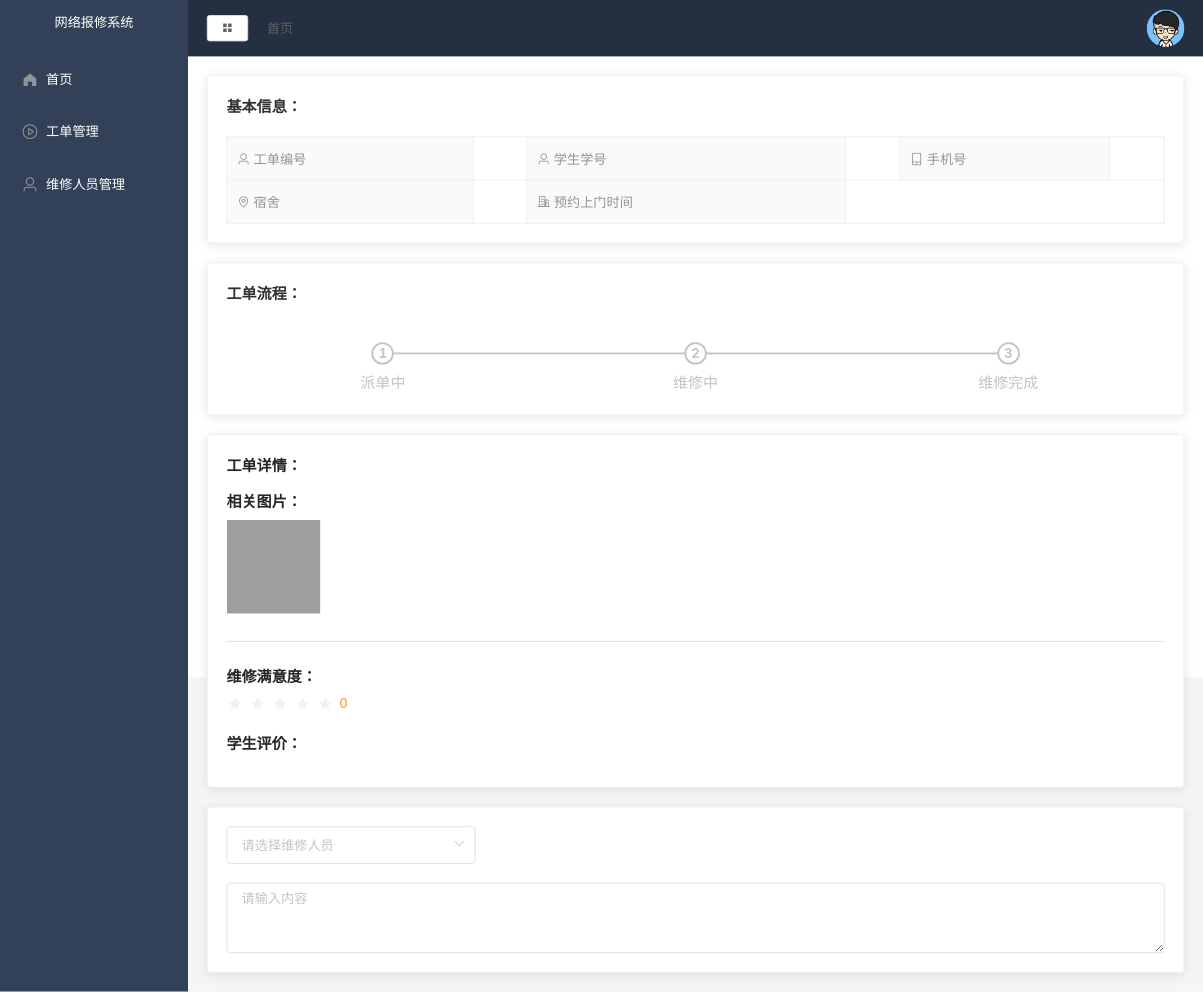
Repository: LtheW/vue
Page: /completed
These files come from the project's save history. The page is drawn as it stood at one moment and after the next save; the edit follows.
The browser window is 1280 px wide. The pictures show the whole page, at 94% of full size.
Pictures or frames that could not be fetched are drawn as grey boxes. The page's requests for data from a server got no answer. The project was rebuilt for these pictures with package versions that can differ from the ones it lists, and the page was loaded fresh each time. No one was signed in, and anything a server would have sent is missing. Also part of the build but not shown: vue.config.js, src/components/CommonTag.vue, src/views/Results/Submit.vue, src/views/Maintainer/Add.vue, src/assets/js/login.js, src/views/Login.vue, src/views/Results/Repaired.vue.

Above is the page before, as saved 2022-03-31 19:24:44.

### src/main.js
import Vue from 'vue'
import App from './App.vue'
import router from './router'
import store from './store'
//引入element ui
import ElementUI from 'element-ui';
import 'element-ui/lib/theme-chalk/index.css';
import '@/assets/scss/reset.scss' //全局样式
import Axios from 'axios';//后台交互
import Antd from 'ant-design-vue';
import 'ant-design-vue/dist/antd.css';
import 'font-awesome/scss/font-awesome.scss'
Vue.prototype.$http=Axios
//defaults 设置全局默认路径
Axios.defaults.baseURL="/"

Vue.use(ElementUI,Antd);
Vue.config.productionTip = false

new Vue({
  router,
  store,
  render: h => h(App)
}).$mount('#app')

### src/router/index.js
import Vue from 'vue'
import VueRouter from 'vue-router'
import Main from '../views/Main.vue'
import Submit from '../views/Results/Submit.vue'
import Maintainer_Add from '../views/Maintainer/Add.vue'
import Login from '../views/Login.vue'
import Repaired from '../views/Results/Repaired.vue'
import Completed from '../views/Results/Completed.vue'
Vue.use(VueRouter)

const routes = [
  {

    path: '/',
    name: 'Login',
    component: Login
  },
  {
    path: '/main',
    name: 'Main',
    component: Main,
    children: [{
        path: '/',
        name: 'repair',
        component: () => import('../views/Results/Repaired.vue'),
      },
      {
        path: '/form',
        name: 'form',
        component: () => import('@/views/Form/Form')
      },
      {
        path: '/maintainer',
        name: 'Maintainer',
        component: () => import('@/views/Maintainer/Maintainer')
      },
      {
        path: '/submit',
        name: 'submit',
        component: Submit,
      },
      {
        path: '/repaired',
        name: 'repaired',
        component: Repaired,
      },
      {
        path: '/completed',
        name: 'completed',
        component: Completed,
      },

      {
        path: '/maintainer_add',
        name: 'add',
        component: Maintainer_Add,
      },
    ]
  },


]

const router = new VueRouter({
  mode: 'history',
  base: process.env.BASE_URL,
  routes
})

export default router

### src/views/Main.vue
<template>
  <el-container style="height: 100%">
    <el-aside width="auto" height="100%" ><common-aside></common-aside></el-aside>
    <el-container>
      <el-header>
        <common-header></common-header>

      </el-header>
      <el-main><router-view /></el-main>
    </el-container>
  </el-container>
</template>

<script>
import CommonAside from "../components/CommonAside.vue";
import CommonHeader from "../components/CommonHeader.vue";
import CommonTag from "../components/CommonTag.vue";
export default {
  name: "Main",
  components: { CommonAside, CommonHeader, CommonTag },
};
</script>
, CommonTab
<style lang="scss" scoped>
.el-header {
  background: #242F42;
}
.el-main {
  padding-top: 20rpx;
}
</style>

### src/views/Results/Completed.vue
<template>
  <div class="form">
    <div>
      <el-card>
        <el-descriptions
          class="margin-top"
          title="基本信息："
          :column="3"
          :size="size"
          border
        >
          <el-descriptions-item width="150">
            <template slot="label">
              <i class="el-icon-user"></i>
              工单编号
            </template>
            {{ form.workorderNumber }}
          </el-descriptions-item>
          <el-descriptions-item>
            <template slot="label">
              <i class="el-icon-user"></i>
              学生学号
            </template>
            {{ form.fkStudentNumber }}
          </el-descriptions-item>
          <el-descriptions-item>
            <template slot="label">
              <i class="el-icon-mobile-phone"></i>
              手机号
            </template>
            {{ form.contactInformation }}
          </el-descriptions-item>
          <el-descriptions-item>
            <template slot="label">
              <i class="el-icon-location-outline"></i>
              宿舍
            </template>
            {{ form.address }}
          </el-descriptions-item>
          <el-descriptions-item>
            <template slot="label">
              <i class="el-icon-office-building"></i>
              预约上门时间
            </template>
            {{ form.fixedTime }}
          </el-descriptions-item>
        </el-descriptions>
      </el-card>
    </div>

    <div class="p">
      <el-card>
        <i class="title">工单流程：</i>
        <div>
          <el-steps
            :space="600"
            :active="form.workorderState"
            finish-status="success"
            align-center="true"
            style="padding-top: 40px"
          >
            <el-step title="派单中"></el-step>
            <el-step title="维修中"></el-step>
            <el-step title="维修完成"></el-step>
          </el-steps>
        </div>
      </el-card>
      <div class="p">
        <el-card>
          <h5 class="title">工单详情：</h5>

          <p>{{ form.workorderContent }}</p>

          <h5 class="title">相关图片：</h5>
          <el-image
            style="width: 100px; height: 100px"
            :src="url"
            :preview-src-list="srcList"
          >
          </el-image>
          <el-divider></el-divider>

          <h5 class="title">维修满意度：</h5>
          <el-rate
            v-model="form.maintenanceSatisfaction"
            disabled
            show-score
            text-color="#ff9900"
            score-template="{value}"
          >
          </el-rate>
          <div class="p">
            <h5 class="title">学生评价：</h5>
            <p>{{ form.evaluation }}</p>
          </div>
        </el-card>
        <div class="p">
          <el-card>
            <el-select v-model="value" placeholder="请选择维修人员">
              <el-option
                v-for="item in options"
                :key="item.jobNumber"
                :label="item.name"
                :value="item.jobNumber"
              >
              </el-option>
            </el-select>
            <div class="p">
              <el-input
                type="textarea"
                :autosize="{ minRows: 3, maxRows: 6 }"
                placeholder="请输入内容"
                v-model="textarea"
              >
              </el-input>
            </div>
          </el-card>
        </div>
      </div>
    </div>
  </div>
</template>
<script>
export default {
  data() {
    return {
      form: {},
      workorderNumber: "",
      url: "https://fuss10.elemecdn.com/e/5d/4a731a90594a4af544c0c25941171jpeg.jpeg",
      srcList: [],
      options: [],
      value: "",
      textarea: "",
    };
  },
  created() {
    this.workorderNumber = this.$route.params.workorderNumber;
    this.Load();
  },
  methods: {
    goBack() {
      this.$router.go(-1);
    },
    onSubmit() {
      this.$http({
        url: "/api/administer/preliminary",
        method: "post",
        headers: { "X-Requested-With": "XMLHttpRequest" },
        params: {
          workorder_number: this.workorderNumber,
          preliminary_porgram: this.textarea,
          maintainer_number: this.value,
          administrator_number: this.$store.state.administer_number,
        }, //传值 如：params:{id:1,name:"gw"}
      }).then((res) => {
        const h = this.$createElement;

        this.$notify({
          title: "成功",
          duration: 3000,
          type: "success",
          message: h("i", { style: "color: teal" }, "工单已提交成功"),
        });

        this.$router.go(-1);
      });
    },
    Load() {
      this.$http({
        url: "/api/administer/getorder",
        method: "get",
        headers: { "X-Requested-With": "XMLHttpRequest" },
        params: {
          workorder_number: this.workorderNumber,
        }, //传值 如：params:{id:1,name:"gw"}
      }).then((res) => {
        this.form = res.data.data[0];
        console.log(this.form);
        var jsonstr = JSON.parse(res.data.data[0].pictureAddress);
        var arr = this.srcList;
        for (var i = 0; i < 3; i++) {
          if (jsonstr[i] == null) {
            break;
          }
          arr.push(jsonstr[i]);
        }
        this.srcList = arr;
      });

      this.$http({
        url: "/api/administer/maintainerlist",
        method: "get",
        headers: { "X-Requested-With": "XMLHttpRequest" },
      }).then((res) => {
        this.options = res.data.data;
        console.log(this.options);
      });
    },
  },
};
</script>

<style scoped>
.form {
  display: flex;
  flex-direction: column;
  justify-content: center;
  align-content: center;
}

.title {
  font-size: 16px;
  font-weight: 700;
}
.p {
  padding-top: 20px;
}
.border {
  border: 1px solid grey;
}
.button {
  padding-top: 20px;
  display: flex;
  flex-direction: row;
  justify-content: center;
}
div /deep/ .el-button--primary {
  width: 600px;
}
</style>>

### src/store/tab.js
export default{
    state:{
        isCollapse: false
    },
    mutations:{
        collapseMenu(state){
            state.isCollapse=!state.isCollapse
        }
    }
}

### src/components/CommonAside.vue
<template>
  <el-menu
    class="el-menu-vertical-demo"
    :collapse="isCollapse"
    background-color="#324157"
    text-color="#fff"
    active-text-color="#ffd04b"
  >
    <h3 v-show="!isCollapse">网络报修系统</h3>
    <h3 v-show="isCollapse">后台</h3>
    <el-menu-item
      :index="item.path"
      v-for="item in noChildren"
      :key="item.path"
      @click="clickMenu(item)"
    >
      <i :class="'el-icon-' + item.icon"></i>
      <span slot="title">{{ item.label }}</span>
    </el-menu-item>
    <el-submenu :index="item.label" v-for="item in hasChildren" :key="item.path">
      <template slot="title">
        <i :class="'el-icon-' + item.icon"></i>
        <span slot="title">{{ item.label }}</span>
      </template>
      <el-menu-item-group>
        <el-menu-item
          :index="subItem.path"
          v-for="(subItem, subIndex) in item.children"
          :key="subIndex"
          @click="clickMenu(item)"
        >
          <i :class="'el-icon-' + subItem.icon"></i>
          <span slot="title">{{ subItem.label }}</span>
        </el-menu-item>
      </el-menu-item-group>
    </el-submenu>
  </el-menu>
</template>

<script>
export default {
  data() {
    return {
      menu: [
        {
          path: "/",
          name: "repair",
          label: "首页",
          icon: "s-home",
          url: "Result/Repaired",
        },
        {
          path: "/form",
          name: "form",
          label: "工单管理",
          icon: "video-play",
          url: "Form/Form",
        },
        {
          path: "/home",
          name: "Maintainer",
          label: "维修人员管理",
          icon: "user",
          url: "Home/Home",
        },
      ],
    };
  },
  methods: {
    // handleOpen(key, keyPath) {
    //   console.log(key, keyPath);
    // },
    // handleClose(key, keyPath) {
    //   console.log(key, keyPath);
    // },
    clickMenu(item) {
      this.$router.push({ name: item.name });
      this.$store.commit("selectMenu", item);
    },
  },
  computed: {
    noChildren() {
      return this.menu.filter((item) => !item.children);
    },
    hasChildren() {
      return this.menu.filter((item) => item.children);
    },
    isCollapse() {
      return this.$store.state.tab.isCollapse;
    },
  },
};
</script>

<style lang="scss" scoped>
.el-menu {
  height: 100%;
  border: none;
  h3 {
    color: #ffffff;
    text-align: center;
    line-height: 48px;
  }
}
.el-menu-vertical-demo:not(.el-menu--collapse) {
  width: 200px;
  min-height: 100vh;
}
</style>

### src/components/CommonHeader.vue
<template>
  <header>
    <div class="l-content">
      <el-button plain icon="el-icon-menu" size="mini" @click="handleMenu"></el-button>
      <el-breadcrumb>
        <el-breadcrumb-item :to="{ path: '/' }">首页</el-breadcrumb-item>
        <el-breadcrumb-item :to="current.path" v-if="current">{{
          current.label
        }}</el-breadcrumb-item>
      </el-breadcrumb>
    </div>
    <div class="r-content">
      <el-dropdown trigger="click" size="mini">
        <span class="el-dropdown-link">
          <img :src="userImg" class="user" />
        </span>
        <el-dropdown-menu slot="dropdown">
          <el-dropdown-item>个人中心</el-dropdown-item>
          <el-dropdown-item @click.native="logOut">退出</el-dropdown-item>
        </el-dropdown-menu>
      </el-dropdown>
    </div>
  </header>
</template>

<script>
import { mapState } from "vuex";
export default {
  data() {
    return {
      userImg: require("../assets/images/user.png"),
    };
  },
  methods: {
    handleMenu() {
      this.$store.commit("collapseMenu");
    },
    logOut() {
      this.$store.commit("clearToken");
      this.$store.commit("clearMenu");
      // location.reload();
      this.$router.push("/login");
    },
  },
  computed: {
    ...mapState({
      current: (state) => state.tab.currentMenu,
    }),
  },
};
</script>

<style lang="scss" scoped>
header {
  display: flex;
  height: 100%;
  align-items: center;
  justify-content: space-between;
}

.l-content {
  display: flex;
  align-items: center;
  .el-button {
    margin-right: 20px;
  }
}

.r-content {
  .user {
    width: 40px;
    height: 40px;
    border-radius: 50%;
  }
}
</style>

<style lang="scss">
.el-breadcrumb__item {
  .el-breadcrumb__inner {
    color: #666;
    font-weight: normal;
  }
  &:last-child {
    .el-breadcrumb__inner {
      color: white;
    }
  }
}
</style>

### src/assets/css/text.css
@font-face {
    font-family: "Roboto";
    src: url('../font/Roboto-Light.ttf');
    font-weight: normal;
    font-style: normal;
}

Loaded but not shown: public/index.html (common file); src/App.vue (common file); src/store/index.js (common file); src/assets/scss/reset.scss (common file)

After the next save:
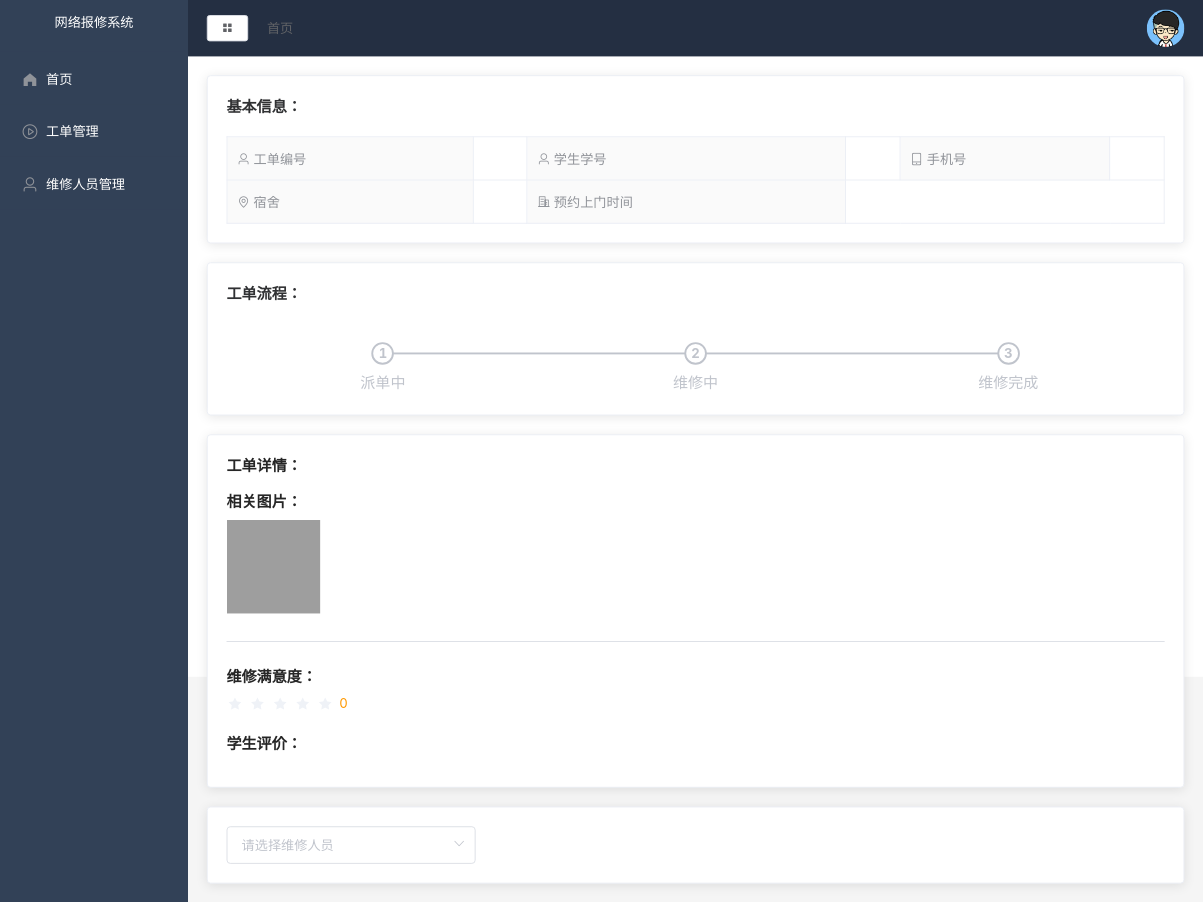
Saved 2 min 18 s later.
--- a/src/views/Results/Completed.vue
+++ b/src/views/Results/Completed.vue
@@ -105,15 +105,7 @@
               >
               </el-option>
             </el-select>
-            <div class="p">
-              <el-input
-                type="textarea"
-                :autosize="{ minRows: 3, maxRows: 6 }"
-                placeholder="请输入内容"
-                v-model="textarea"
-              >
-              </el-input>
-            </div>
+
           </el-card>
         </div>
       </div>
